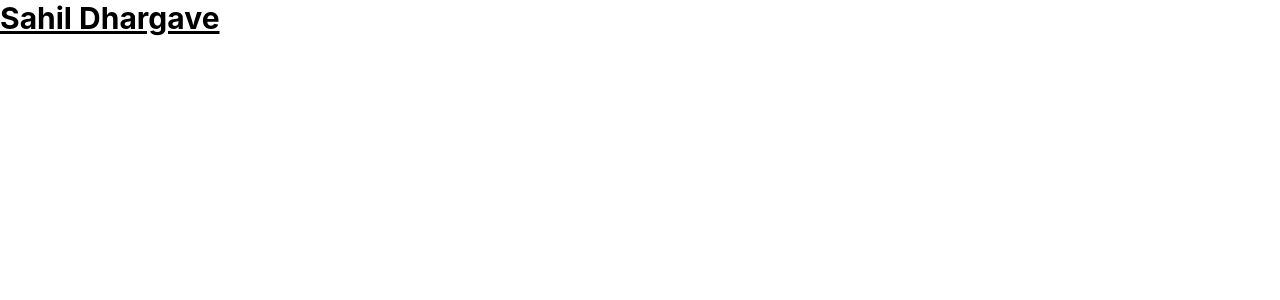
Repository: sahildhargave/dalle
Page: / (app in client/)
These files come from the project's save history. The page is drawn as it stood at one moment and after the next save; the edit follows.
The browser window is 1280 px wide. The pictures show the whole page.
Some web fonts or font styles are not loaded; a fallback is used. The project was rebuilt for these pictures with package versions that can differ from the ones it lists, and the page was loaded fresh each time. Also part of the build but not shown: client/vite.config.js, client/src/pages/Home.jsx, client/src/pages/CreatePost.jsx.

Above is the page before, as saved 2023-02-16 17:22:09.

After the next save:
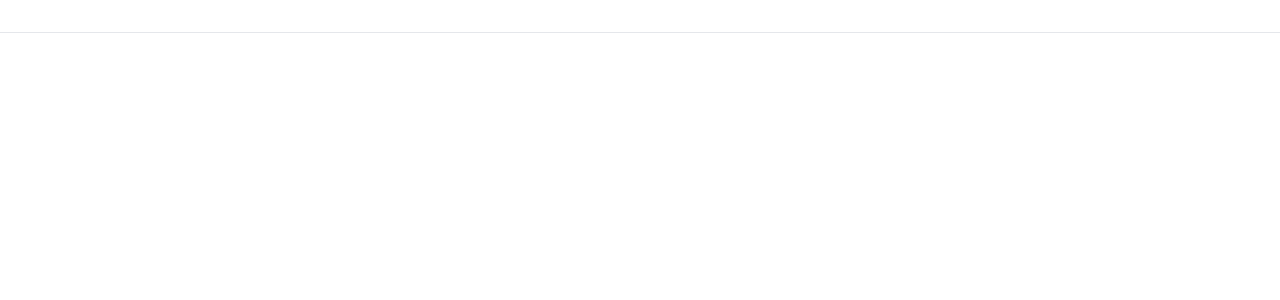
Saved 2 min 46 s later.
--- a/client/src/App.jsx
+++ b/client/src/App.jsx
@@ -7,7 +7,13 @@
 
 const App = () => {
   return (
-	<h1 className='text-3xl font-bold underline'>Sahil Dhargave</h1>
+	<BrowserRouter>
+
+	<header className='w-full flex justify-between items-center bg-white sm:px-8 px-4 py-4 border-b border-b-[#e6ebf4'>
+
+
+	</header>
+	</BrowserRouter>
   )
 }
 
